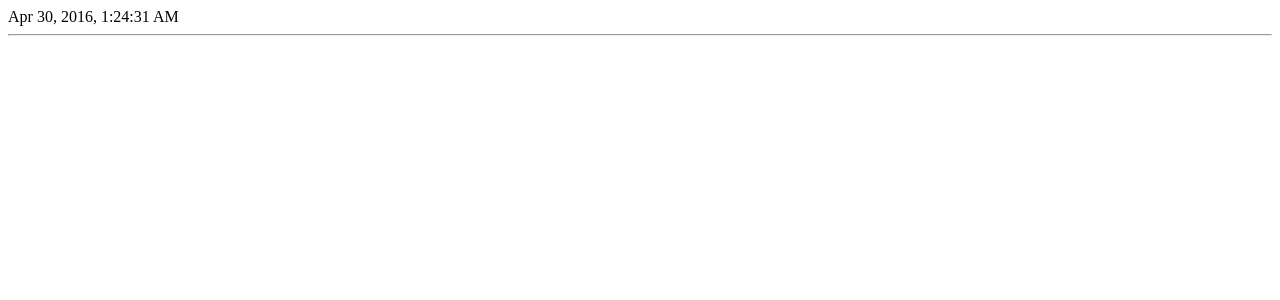
Repository: frankstar007/java
Page: http://localhost/Servlet_Study/simpleTagDemo6.jsp
The author's editor kept a copy of each file at every save. The page is drawn from the files as they stood at one save, then again after a run of saves.
The browser window is 1280 px wide. The pictures show the whole page.
The page is served by Tomcat 9. Nobody is signed in. The application's start-up code is not run. Other server files are loaded and not shown.

Above is the page before, as saved 2016-05-05 04:38:05.

### Servlet_Study/WebContent/simpleTagDemo6.jsp
<%@ page language="java" contentType="text/html; charset=UTF-8"
    pageEncoding="UTF-8"%>
 <%@page language="java" import="java.util.Date"%>
<%@taglib uri="/frankstars" prefix="simple" %>
<!DOCTYPE html PUBLIC "-//W3C//DTD HTML 4.01 Transitional//EN" "http://www.w3.org/TR/html4/loose.dtd">
<html>
<head>
<meta http-equiv="Content-Type" content="text/html; charset=UTF-8">
<title>复合类型标签属性</title>
</head>
<body>
	<%--  <simple:demo6 date="1991-02-03"/>--%>
	<%
		Date date = new Date();
		request.setAttribute("date", date);
	%>
	<simple:demo6 date="${date }"/>
	<hr/>
</body>
</html>

### Servlet_Study/src/com/frankstar/study/servlet2/SimpleTagDemo6.java
/**
 *
 */
package com.frankstar.study.servlet2;

import java.io.IOException;
import java.util.Date;

import javax.servlet.jsp.JspException;
import javax.servlet.jsp.tagext.SimpleTagSupport;

/**
 * @author frankstar
 *  标签接收的属性值是一个复合类型
 */
public class SimpleTagDemo6 extends SimpleTagSupport{
	private Date date;
	public void setDate(Date date) {
		this.date = date;
	}
	public void doTag() throws JspException, IOException {
		this.getJspContext().getOut().write(date.toLocaleString());
	}
}

After the next 2 saves:
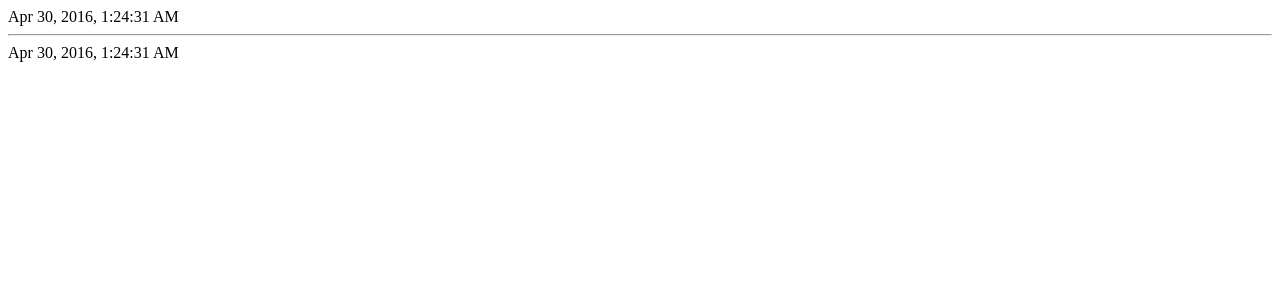
The 2 saves are shown as one change because 1 did not build or start.
The last was saved 33 s later.
--- a/Servlet_Study/WebContent/simpleTagDemo6.jsp
+++ b/Servlet_Study/WebContent/simpleTagDemo6.jsp
@@ -16,5 +16,6 @@
 	%>
 	<simple:demo6 date="${date }"/>
 	<hr/>
+	<simple:demo6 date="<%=new Date() %>"/>
 </body>
 </html>
